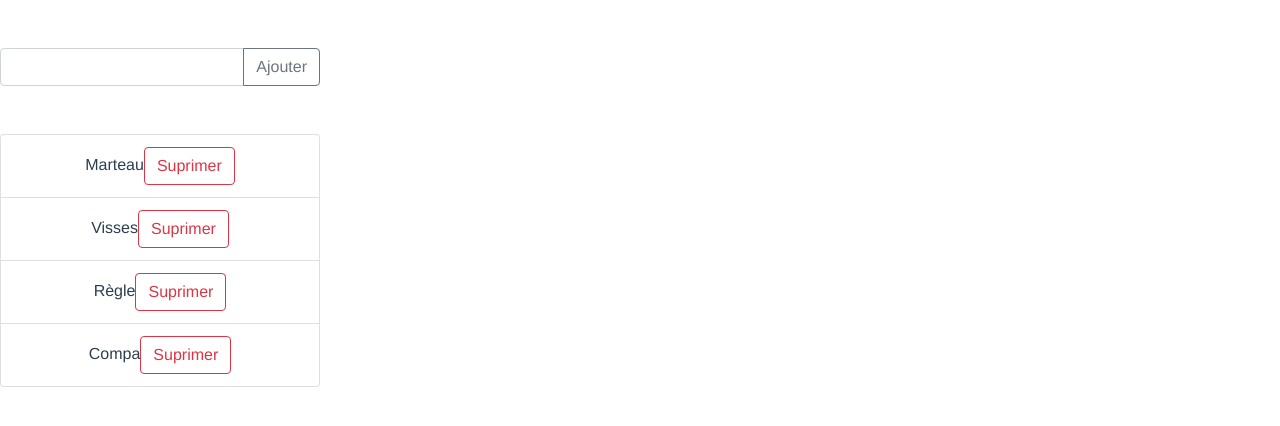
Repository: corentin-e-student/test-vue
Page: /
The author's editor kept a copy of each file at every save. The page is drawn from the files as they stood at one save, then again after the next save.
The browser window is 1280 px wide. The pictures show the whole page.
The project was rebuilt for these pictures with package versions that can differ from the ones it lists, and the page was loaded fresh each time. Also part of the build but not shown: vue.config.js.

Above is the page before, as saved 2023-02-28 14:52:00.

After the next save:
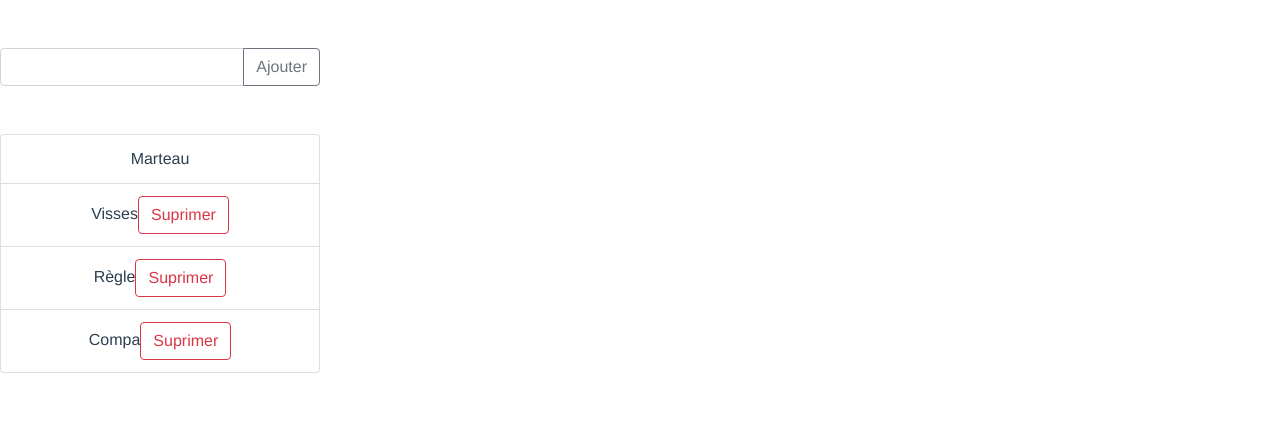
Saved 6 min 29 s later.
--- a/src/components/TodoList.vue
+++ b/src/components/TodoList.vue
@@ -1,7 +1,7 @@
 <template>
     <div class="hello">
         <b-list-group class="mt-5 w-25">
-            <b-list-group-item>Marteau<b-button variant="outline-danger">Suprimer</b-button></b-list-group-item>
+            <b-list-group-item class="flex flex-row justify-">Marteau<!-- <b-button variant="outline-danger">Suprimer</b-button> --></b-list-group-item>
             <b-list-group-item>Visses<b-button variant="outline-danger">Suprimer</b-button></b-list-group-item>
             <b-list-group-item>Règle<b-button variant="outline-danger">Suprimer</b-button></b-list-group-item>
             <b-list-group-item>Compa<b-button variant="outline-danger">Suprimer</b-button></b-list-group-item>
